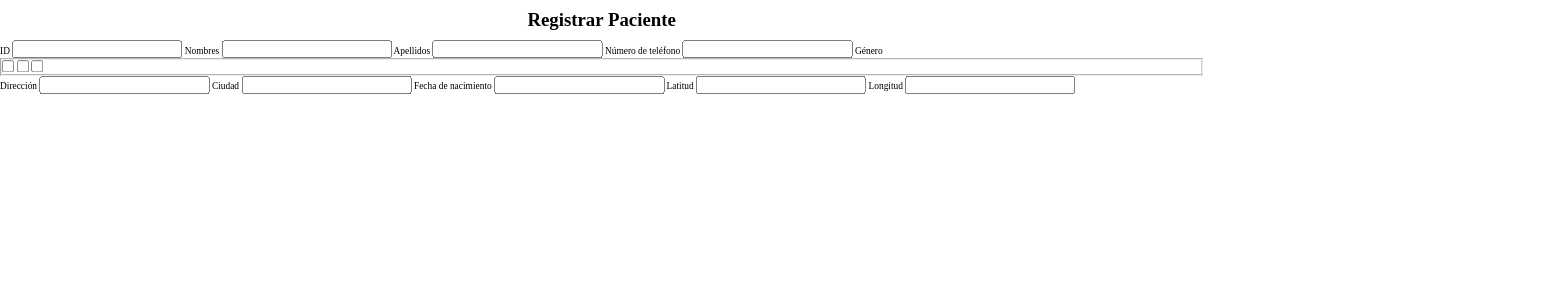
Repository: alexvl06/HospiEnCasa
Page: HospiEnCasa.App/HospiEnCasa.App.Frontend/pacientForm.html
The author's editor kept a copy of each file at every save. The page is drawn from the files as they stood at one save, then again after the next save.
The browser window is 1280 px wide. The page is 1280 px wide, then 1658 px, so the pictures cover 1658 px, including what lies to the right of the window. The pictures show the whole page, at 94% of full size.

Above is the page before, as saved 2022-07-05 16:41:50.

### HospiEnCasa.App/HospiEnCasa.App.Frontend/pacientForm.html
<!DOCTYPE html>
<html lang="es">
  <head>
    <meta charset="UTF-8" />
    <meta http-equiv="X-UA-Compatible" content="IE=edge" />
    <meta
      name="viewport"
      content="width=device-width
    , initial-scale=1.0"
    />
    <title>Formulario pacientes</title>
    <link rel="stylesheet" href="style.css">
  </head>
  <body>
    <header>
      <h1>Registrar Paciente</h1>
    </header>
    <main>
      <form action="">
        <label for="id">
          <span>ID</span>
          <input type="text" name="id" id="id" required />
        </label>
        <label for="firstname">
          <span>Nombres</span>
          <input
            type="text"
            name="firstname"
            id="firstname"
            requiredphonenumber
          />
        </label>
        <label for="lastname">
          <span>Apellidos</span>
          <input type="text" name="lastname" id="lastname" required />
        </label>
        <label for="phonenumber">
          <span>Número de teléfono</span>
          <input type="text" name="phonenumber" id="phonenumber" required />
        </label>
        <label for="genre">
          <span>Género</span>
          <fieldset>
            <input type="checkbox" name="male" id="male" />
            <input type="checkbox" name="female" id="female" />
            <input type="checkbox" name="other" id="other" />
          </fieldset>
        </label>
        <label for="address">
          <span>Dirección</span>
          <input type="text" name="address" id="address" required />
        </label>
        <label for="city">
          <span>Ciudad</span>
          <input type="text" name="city" id="city" required />
        </label>
        <label for="birthdate">
          <span>Fecha de nacimiento</span>
          <input type="text" name="birthdate" id="birthdate" required />
        </label>
        <label for="lat">
          <span>Latitud</span>
          <input type="text" name="lat" id="lat" />
        </label>
        <label for="long">
          <span>Longitud</span>
          <input type="text" name="long" id="long" />
        </label>
      </form>
    </main>

  </body>
</html>

### HospiEnCasa.App/HospiEnCasa.App.Frontend/style.css
*{
  box-sizing: border-box;
  margin:0;
  padding: 0;
}

html{
  font-size: 62.5%;
}

h1{
  display:flex;
  justify-content: center;
  margin: 1rem;
}

After the next save:
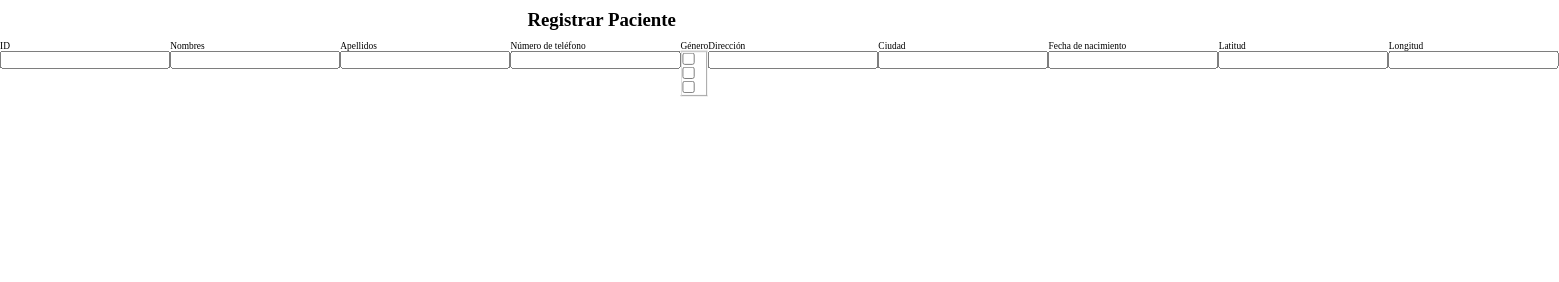
Saved 20 s later.
--- a/HospiEnCasa.App/HospiEnCasa.App.Frontend/style.css
+++ b/HospiEnCasa.App/HospiEnCasa.App.Frontend/style.css
@@ -13,3 +13,7 @@ h1{
   justify-content: center;
   margin: 1rem;
 }
+
+form{
+  display: flex;
+}
